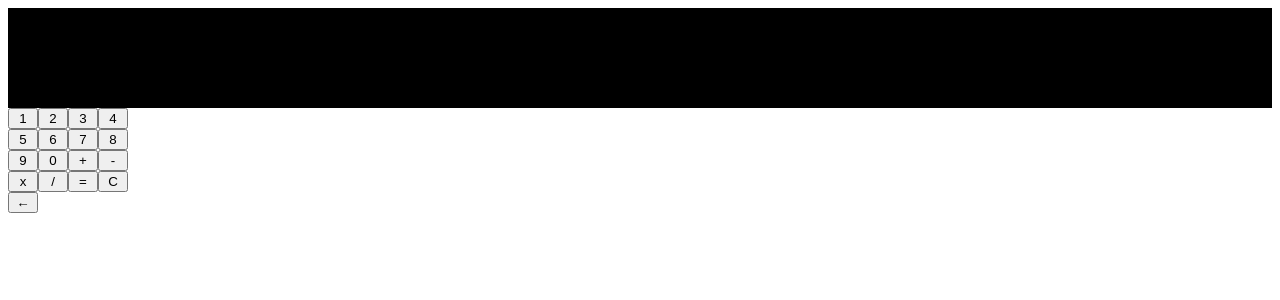
Repository: TEazy2433/LAB-calculator
Page: index.html
The author's editor kept a copy of each file at every save. The page is drawn from the files as they stood at one save, then again after the next save.
The browser window is 1280 px wide. The pictures show the whole page.

Above is the page before, as saved 2023-10-13 17:49:54.

After the next save:
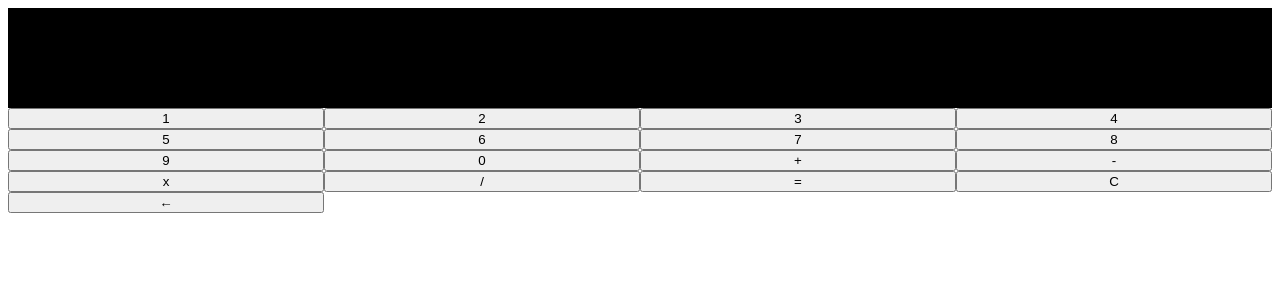
Saved 89 s later.
--- a/main.css
+++ b/main.css
@@ -6,9 +6,6 @@
   border: none;
 }
 .buttons{
-  height: 100px;
-  width: 120px;
-  font-size: 50px;
   display: grid;
   grid-template-columns: repeat(4, 1fr);
 }
